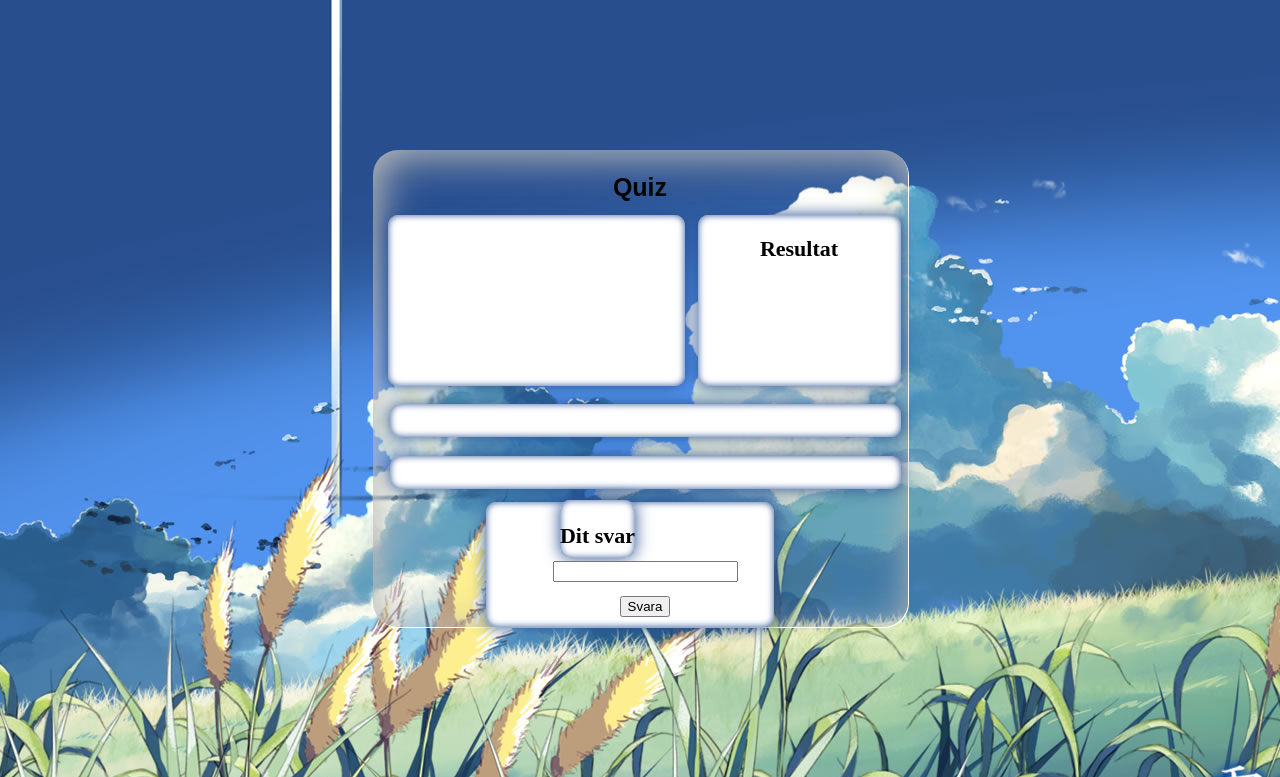
Repository: Marco30/1dv403-laborationer
Page: 4-thequiz/index.html
The author's editor kept a record of every edit. The page is drawn from the files as they stood at one moment, then again after the next edit.
The browser window is 1280 px wide. The pictures show the whole page.
The page's requests for data from a server got no answer.

Above is the page before.

### 4-thequiz/index.html
<!DOCTYPE html>

<html lang="sv">

<head>

	<meta charset="UTF-8" />

 	<title>Quiz</title>

 	<link href="css/style.css" rel="stylesheet" type="text/css">

    <script src="script/quiz.js"></script>


</head>

    <body>

        <div id="inramning"><!--*CSS läger text rutan i mitten-->

             <header><!--titel texten -->
                    <h1>Quiz</h1>
             </header>

           <main> <!--Alla meddelanden ska samlas här   -->

                <div id="textonpage"><!-- Här kommer jag lad in texten  -->

                </div>

                <div id="textram">

                    <p>
                        <div id="result"> Resultat </div>
                   </p>

                    <p>
                        <div id="fel"> </div>
                   </p>

                     <p>
                        <div id="antal"> </div>
                   </p>

                    <div id="textruta">

                    <p>
                        <label id="antal">Dit svar</label><!--Visar antal meddelanden som finns på sidan -->
                    </p>

                    <p>

                    <input type="text" id="svar"/>

                    <input id="button" type="submit" value="Svara"/><!--Skicka Knapp, Man trycker på för att få upp meddelanden i sidan  -->

                    </p>



                </div>

           </main>

        </div>

    </body>
</html>

### 4-thequiz/css/style.css
 /* http://meyerweb.com/eric/tools/css/reset/
v2.0 | 20110126
License: none (public domain)
*/
html, body, div, span, applet, object, iframe,
h1, h2, h3, h4, h5, h6, p, blockquote, pre,
a, abbr, acronym, address, big, cite, code,
del, dfn, em, img, ins, kbd, q, s, samp,
small, strike, strong, sub, sup, tt, var,
b, u, i, center,
dl, dt, dd, ol, ul, li,
fieldset, form, label, legend,
table, caption, tbody, tfoot, thead, tr, th, td,
article, aside, canvas, details, embed,
figure, figcaption, footer, header, hgroup,
menu, nav, output, ruby, section, summary,
time, mark, audio, video {
margin: 0;
padding: 0;
border: 0;
font-size: 100%;
font: inherit;
vertical-align: baseline;
}
/* HTML5 display-role reset for older browsers */
article, aside, details, figcaption, figure,
footer, header, hgroup, menu, nav, section {
display: block;
}

ol, ul {
list-style: none;
}
blockquote, q {
quotes: none;
}
blockquote:before, blockquote:after,
q:before, q:after {
content: '';
content: none;
}
table {
border-collapse: collapse;
border-spacing: 0;
}

/*Här börjar min CSS */

#inramning
{
width: 535px;
margin: 150px auto;
/*background-color: #41566E;*/
/*border: 2px solid;*/
border-radius: 25px;
box-shadow: 1px 1px 0px 0px #FFF, 5px 5px 40px 2px #BBB inset;
}

header /* skappar rammen längs upp, den som har sidans namn */
{
height: 65px;
}

header H1 /* ger H1 följande egenskaper som alltid är bundna till header div */
{
font-weight: bold;
line-height: 74px;
text-align:center;
 font-family: ‘Lucida Sans Unicode’, ‘Lucida Grande’, sans-serif;
font-size: 25px;
color: rgb(5, 5, 5);
}

main
{

    height: auto;
    margin: auto;

}

body
{
line-height: 1;
/*background-color: #EDEDED;*/
background-image: url(../pics/promised.jpg);

}

.newmessage
{
background-color: #FFF;
width: 366px;
height: auto;
padding-top: 23px;
padding-bottom: 10px;
margin: 6px 649px 30px 71px;
    margin-top: 6px;
    margin-right-value: 649px;
    margin-bottom: 30px;
    margin-left-value: 71px;
    margin-left-ltr-source: physical;
    margin-left-rtl-source: physical;
    margin-right-ltr-source: physical;
    margin-right-rtl-source: physical;
word-wrap: break-word;
border-radius: 10px;
    border-top-left-radius: 10px;
    border-top-right-radius: 10px;
    border-bottom-right-radius: 10px;
    border-bottom-left-radius: 10px;
box-shadow: 0px 0px 7px 0px #2A5091 inset, 0px 0px 16px 0px #2A5091;
}

.textinput
{
       margin: 14px 3px 0px 34px;
}

.ikon
{
    margin-left: 455px;
}

.delete
{
       margin: 1px 0px 4px -132px;
width: 17px;
height: auto;
}

.tidikon
{

margin: -50px 19px 4px -155px;
width: 17px;
height: auto;
}

#antal
{
   margin: 14px 3px 0px 34px;
}

#result
{
background-color: #FFF;
width: 203px;
padding-top: 23px;
padding-bottom: 10px;
margin: -163px 649px 28px 325px;
word-wrap: break-word;
border-radius: 10px;
box-shadow: 0px 0px 7px 0px #2A5091 inset, 0px 0px 16px 0px #2A5091;
height: 100px;

font-size: 22px;
text-align: center;
font-weight: bold;
height: 138px;
margin: -201px 649px 28px 325px;
}


#fel
{
  background-color: #FFF;
width: 511px;
height: auto;
padding-top: 23px;
padding-bottom: 10px;
margin: -10px 81px 29px 17px;
word-wrap: break-word;
border-radius: 10px;
box-shadow: 0px 0px 7px 0px #2A5091 inset, 0px 0px 16px 0px #2A5091;

font-size: 22px;
text-align: center;
font-weight: bold;
}


#antal
{
  background-color: #FFF;
width: 511px;
height: auto;
padding-top: 23px;
padding-bottom: 10px;
margin: -10px 81px 29px 17px;
word-wrap: break-word;
border-radius: 10px;
box-shadow: 0px 0px 7px 0px #2A5091 inset, 0px 0px 16px 0px #2A5091;

font-size: 22px;
text-align: center;
font-weight: bold;
}


#svar
{

margin: 14px 3px 0px 34px;
}


#button
{
    margin: 14px 3px 0px 34px;
}

#textruta
{
  background-color: #FFF;
width: 288px;
height: auto;
padding-top: 23px;
padding-bottom: 10px;
margin: -16px 649px 30px 113px;
word-wrap: break-word;
border-radius: 10px;
box-shadow: 0px 0px 7px 0px #2A5091 inset, 0px 0px 16px 0px #2A5091;

font-size: 22px;
text-align: center;
font-weight: bold;

}

#textonpage
{
background-color: #FFF;
width: 297px;
padding-top: 23px;
padding-bottom: 10px;
margin: 0px 649px 30px 15px;
word-wrap: break-word;
border-radius: 10px;
box-shadow: 0px 0px 7px 0px #2A5091 inset, 0px 0px 16px 0px #2A5091;
height: 100px;

font-size: 22px;
text-align: center;
font-weight: bold;
vertical-align: middle;
line-height: 90px;
height: 138px;
}

### 4-thequiz/script/quiz.js
"use strict";

var quiz = {

    froga : null, // Variabel som kommer hålla objekten man från server

    xhr1 : new XMLHttpRequest(),// vi skppar ett XMLHttpRequest objekt som får namnet  xhr1

    xhr2 : new XMLHttpRequest(),// vi skppar ett XMLHttpRequest objekt som får namnet  xhr2

    webbfroga : "http://vhost3.lnu.se:20080/question/1",// Variabel som får start webbplatsen där informationen som vi kommer använda finns

    antal : 0,// Kommer hålla antal försök

    forsoktabel: [],// I den här arrayen kommer vi samla alla försök man gjort

    slut : 0, // använd för att texten efter avslutat sepl inte ska visa antal fel och antall försök

    start : function()
    {

        //---------------------Event hanterare som hanterar knapp tryckning--------------------------------

    document.getElementById("button").onclick = function(e)
    {
            e.preventDefault();

            var value = document.getElementById("svar").value;

             //document.getElementById("textonpage").innerHTML = "hej på dig";

            //document.getElementById("textonpage").innerHTML = quiz.froga.nextURL +" " + value;

            quiz.laddarupp(value, quiz.froga.nextURL);

    };


    quiz.laddarner(quiz.webbfroga);

    },

        //---------------------laddar ner frågor--------------------------------

    laddarner : function(http)
    {
       quiz.xhr1.onreadystatechange = function()// Funkar som onclick, men aktiveras när servern skickar till baks information
        {

            if (quiz.xhr1.readyState === 4)// 4 betyder att att information är färdig sickat, den kan nu användas av oss, när datan finns på websidan så startar den här if satsen
            {

                if(quiz.xhr1.status === 200)// // den här if satsen är en säkerhet kontroll, 200 betyder att att överföringen från server till webbsidan gick bra
                {


                quiz.froga =  JSON.parse(quiz.xhr1.responseText);// Omvandlar objekt vi får från servern till en arraye variabel med array funktioner.

                document.getElementById("textonpage").innerHTML = quiz.froga.question; // Läger in texten/information vi fåt från server i webbsidan

                }

            }

        };

            quiz.xhr1.open("GET",http,true);// Här sätter vi inställningar, gör att laddaner eller laddaupp, GET betyder att vi lddarner, http server platsen där informationen vi behöver finns, true betyder asynkront vilket betyder att man kör den utan att störa resten av scriptet

            quiz.xhr1.send(null);//Den här används för att laddar upp information i servern
    },



    laddarupp : function(svar, http)
    {

        //---------------------laddar upp svar--------------------------------

        quiz.xhr2.onreadystatechange = function()// Funkar som onclick, men aktiveras när servern skickar till baks information
        {

            if(quiz.xhr2.readyState === 4)// 4 betyder att att information är färdig sickat, den kan nu användas av oss, när datan finns på websidan så startar den här if satsen
            {
                var frogor2 = JSON.parse(quiz.xhr2.responseText);// Omvandlar objekt vi får från servern till en arraye variabel med array funktioner.

               document.getElementById("svar").value = "";// Noll ställer text rutan där man mattar in svar


                 if(frogor2.message === "Correct answer!")// kontrollerar att man get rätt svar gänom att gemföra meddelandet från servern
                 {

                        if (frogor2.nextURL !== undefined)// om frogor2.nextURL int är undefinde så går vi in i den här if stasen
                        {
                            document.getElementById("fel").innerHTML = ""// Noll ställer fel texte rutan där texten fel visas när man gjort ett fel

                            document.getElementById("antal").innerHTML = ""// Noll ställer texte rutan där texten antal försök visas

                            quiz.forsoktabel.push(quiz.antal);//Sparar anfall försöka man gjort i arrayen forsoktabe

                            quiz.antal = 0;// Noll ställer antal försök innan man läser in nästa fråga

                            quiz.laddarner(frogor2.nextURL);//Läser in nästa fråga genom att ge den nya server plasten där frågan finns
                        }

                        else//Har du fåt rät svar och det var den sita frågan så startar vi den här else satsen, den startas när frogor2.nextURL är undefine, Vilket också betyder att det är slut på frågor
                        {
                            quiz.forsoktabel.push(quiz.antal);//Sparar anfall försöka man gjort i arrayen forsoktabe

                            quiz.antal = 0; // Noll ställer antal försök innan man läser in nästa fråga

                            document.getElementById("textonpage").innerHTML = "Quizen är slut";// lägger in Error text i webbsidan

                            document.getElementById("fel").innerHTML = ""// Noll ställer fel texte rutan där texten fel visas när man gjort ett fel

                            document.getElementById("antal").innerHTML = ""// Noll ställer texte rutan där texten antal försök visas

                            quiz.slut = 1;// fixar bugar med att man kunte trycka på svara knapen och text matades in

                            quiz.resultat();

                        }

                }

                else// Var det fel svar så körs den här else satsen som visar att du svarat fel
                {

                    if(quiz.slut === 0)
                    {
                        document.getElementById("fel").innerHTML = "Du har svar fel på frågan!!!";// lägger in Error text i webbsidan

                        quiz.antal += 1;// räknar antal fel

                    document.getElementById("antal").innerHTML = " Antal försök: " + quiz.antal;// visar antal försök du gjort på frågan
                    }
                    else// fixar fel Som gjorde att man kunde forsetta se att det var fel svar och antal försök man gjort fast spelet var slut.
                    {
                        document.getElementById("fel").innerHTML = ""// Noll ställer fel texte rutan där texten fel visas när man gjort ett fel

                        document.getElementById("antal").innerHTML = ""// Noll ställer texte rutan där texten antal försök visas
                    }
                }
            }
        };

    var serversvar = JSON.stringify({answer: svar});// Här läggs svaret in och omvandlas till ett objekt som kan tass i mot av servern

   quiz.xhr2.open("POST", http, true);// // Här sätter vi inställningar, gör att laddaner eller laddaupp, POST betyder att vi laddar upp, http server platsen där informationen vi ska ladda upp, true betyder asynkront vilket betyder att man kör den utan att störa resten av scriptet

    quiz.xhr2.setRequestHeader("Content-Type", "application/json");// Informerar server att vi använder jason

    quiz.xhr2.send(serversvar);// Skickar upp datan till servern


    },

    //----------------------Resultat på antal försök  -------------------------------

    resultat : function()// Här presenteras försöks tabell
    {
        if(quiz.slut === 1)// Som gjorde att man kunde forsetta matta in text efter att spelet är slut och resultat rutan visade texten fast en det inte fan en fråga
        {

            document.getElementById("result").innerHTML = "Antal försök: ";// Lägger in text i webbsidan

            var m = 1;// visar numer på frågan

            for (var i = 0; i < quiz.forsoktabel.length; i+=1) // Löper igenom arrayen som har sammalt alla försök
            {
                var p = document.createElement("p");//Variabeln p får HTML koden <p>

                p.innerHTML = "Fråga "+ m +": " + quiz.forsoktabel[i];// lägger in information som finns i arrayen i <p> tagarna så att de syns på sidan

                 document.getElementById("result").appendChild(p);// Lägger in den nya HTML koden <p> i <div id = "result"> så att det syns på webbsidan

            m+=1;

            }

        }

        quiz.slut = 2;// fixar fell Som gjorde att man kunde forsetta matta in text efter att spelet är slut och resultat rutan visade texten fast en det inte fan en fråga

    }

};


window.onload = quiz.start;// startar funktionen som har label start när sidan har ladats

After the next edit:
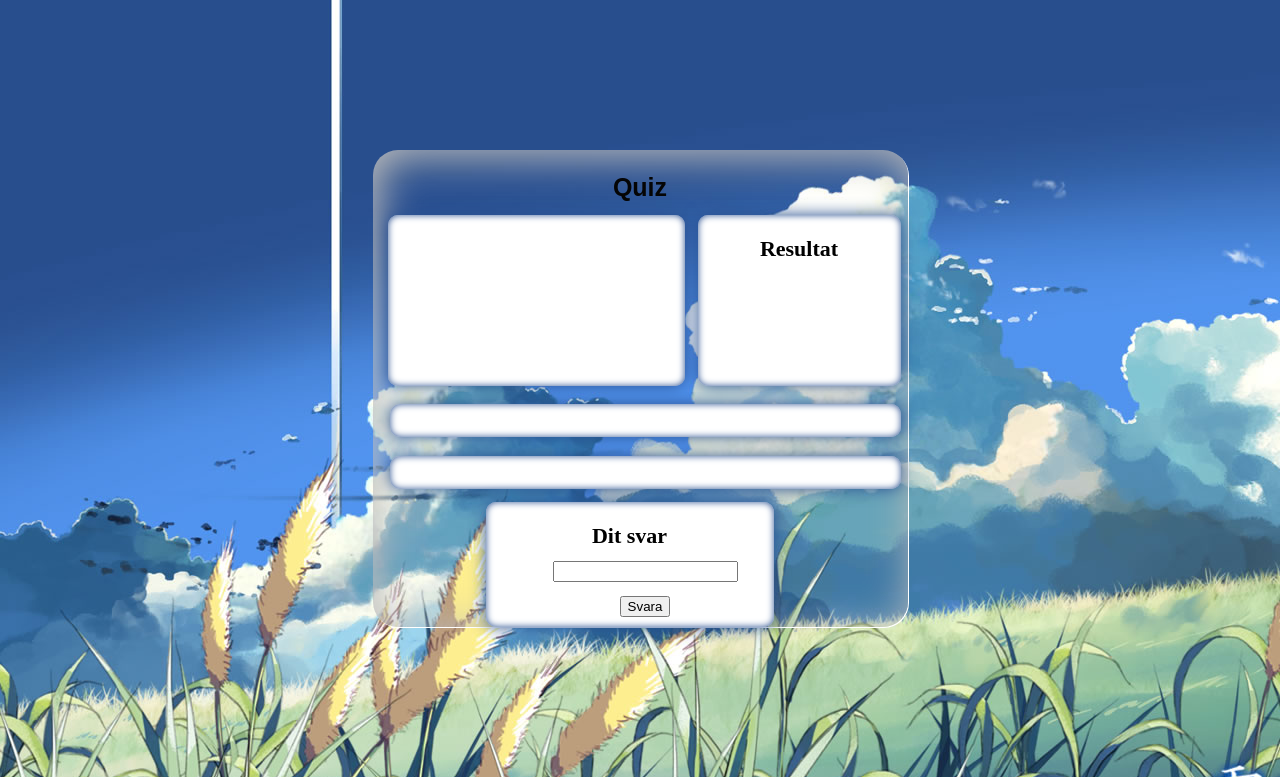
The edit:
--- a/4-thequiz/index.html
+++ b/4-thequiz/index.html
@@ -46,7 +46,7 @@
                     <div id="textruta">
 
                     <p>
-                        <label id="antal">Dit svar</label><!--Visar antal meddelanden som finns på sidan -->
+                        <label id="dit">Dit svar</label><!--Visar antal meddelanden som finns på sidan -->
                     </p>
 
                     <p>
